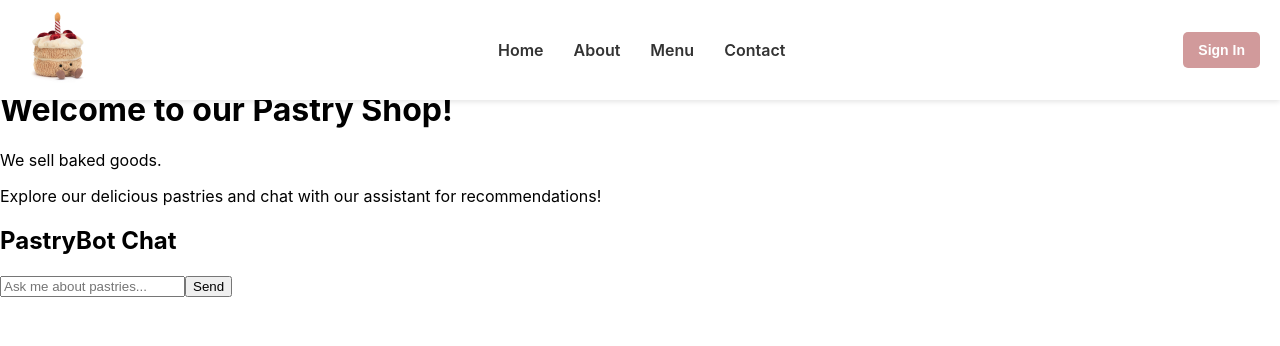
Repository: agrnerd17/Website-Chatbot
Page: / (app in pastry-chatbot/)
The author's editor kept a copy of each file at every save. The page is drawn from the files as they stood at one save, then again after a run of saves.
The browser window is 1280 px wide. The pictures show the whole page.
The project was rebuilt for these pictures with package versions that can differ from the ones it lists, and the page was loaded fresh each time. Also part of the build but not shown: pastry-chatbot/src/styles/Chatbot.css.

Above is the page before, as saved 2024-12-08 14:37:22.

After the next 2 saves:
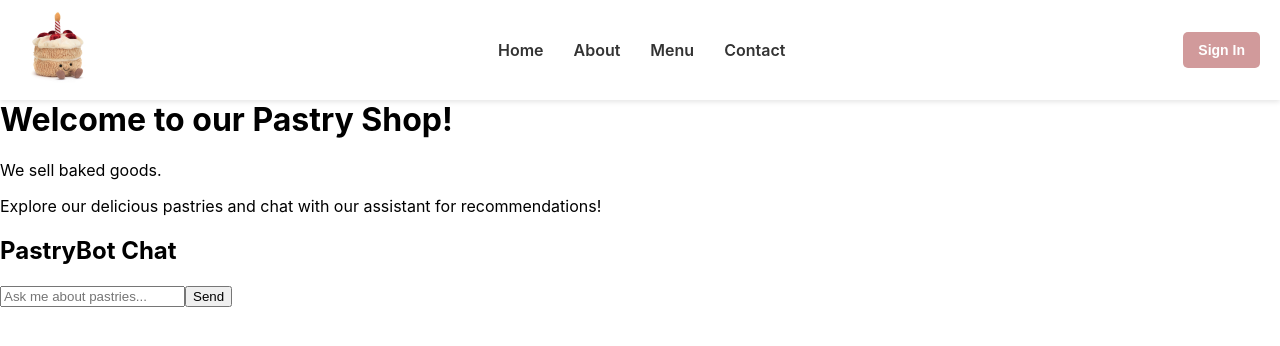
The 2 saves are shown as one change because they came seconds apart.
The last was saved 42 s later.
--- a/pastry-chatbot/src/App.js
+++ b/pastry-chatbot/src/App.js
@@ -8,7 +8,7 @@ function App() {
     <div className="App">
       <div>
         <Navbar />
-        <main style={{ marginTop: "90px" }}> {/* Adjust */}
+        <main style={{ marginTop: "100px" }}> {/* Adjust */}
           <h1>Welcome to our Pastry Shop!</h1>
           <p>We sell baked goods.</p>
         </main>
